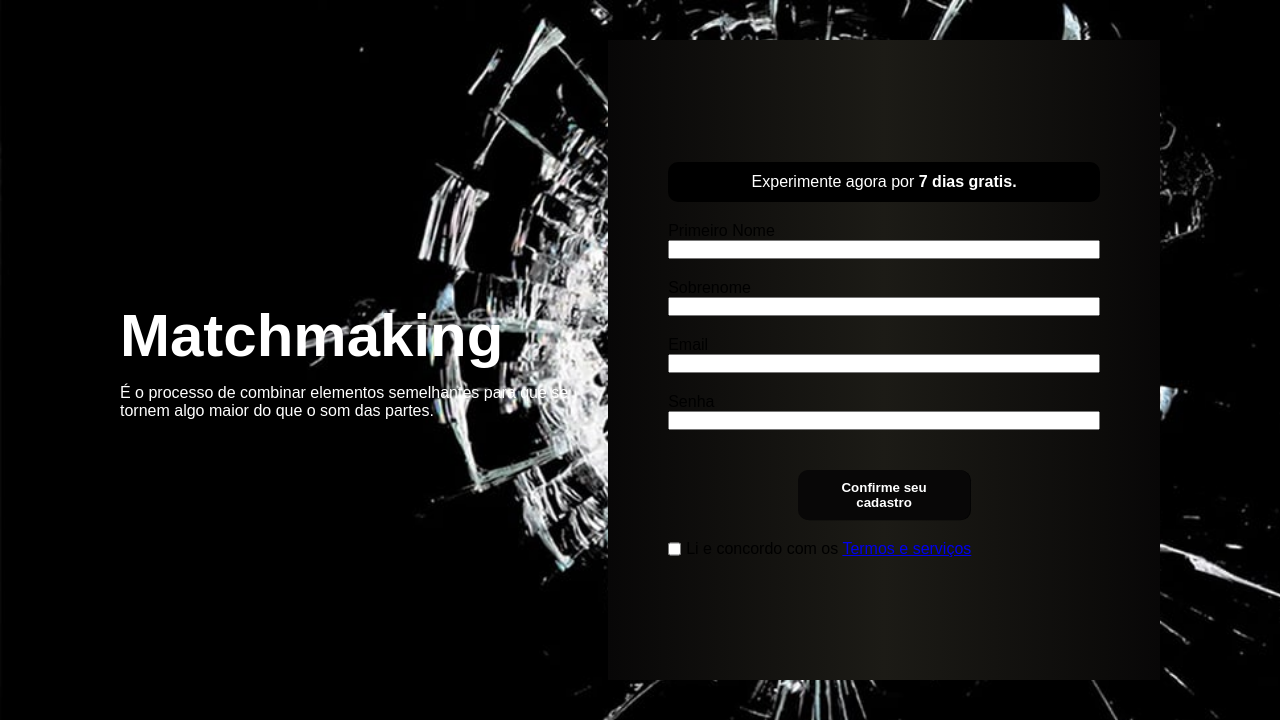
Repository: analessp/tela-login
Page: index.html
These files come from the project's save history. The page is drawn as it stood at one moment and after a run of saves; the edit follows.
The browser window is 1280 px wide. The pictures show the whole page.
Some web fonts or font styles are not loaded; a fallback is used.

Above is the page before, as saved 2025-04-16 11:31:37.

After the next 5 saves:
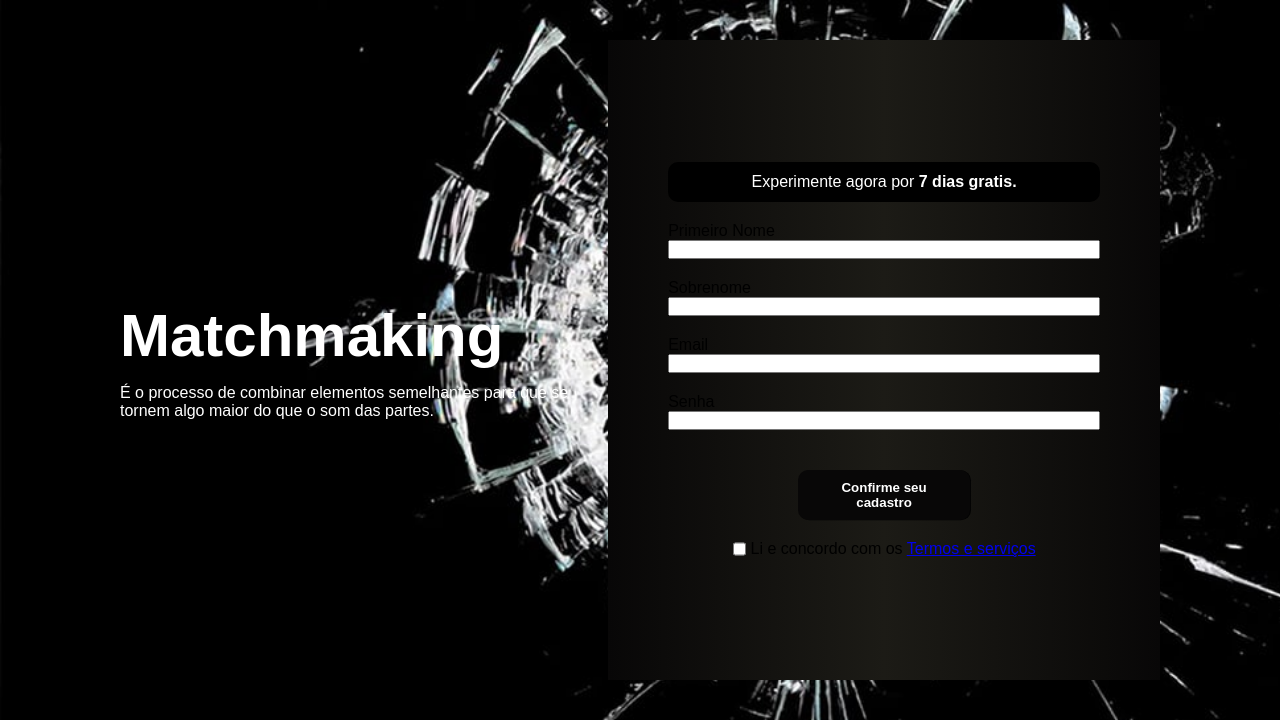
The 5 saves are shown as one change because they came seconds apart.
The last was saved 31 s later.
--- a/style.css
+++ b/style.css
@@ -121,7 +121,9 @@ text-align: center;
 
 }
 
-
+.terms p{
+    width: fit-content;
+}
 
 @keyframes left-to-right {
 0% {
